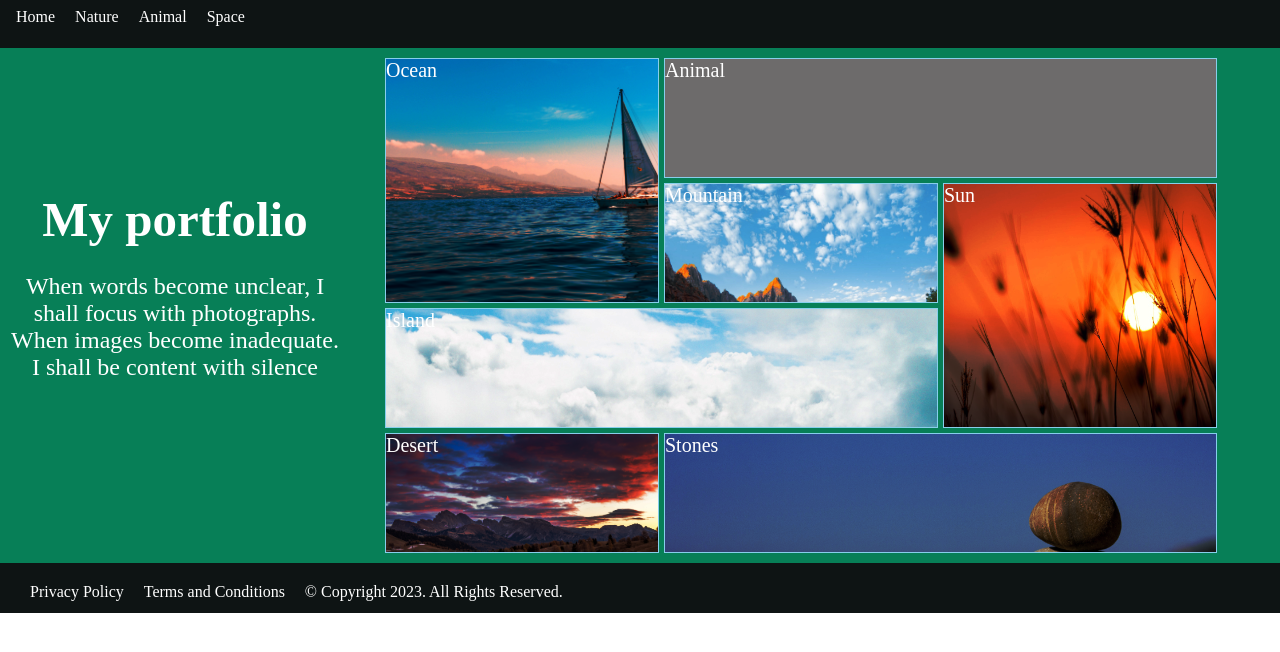
Repository: suraj-yadav7/03_Gallery_Portfolio
Page: index.html
These files come from the project's save history. The page is drawn as it stood at one moment and after the next save; the edit follows.
The browser window is 1280 px wide. The pictures show the whole page.
Pictures or frames that could not be fetched are drawn as grey boxes. Some web fonts or font styles are not loaded; a fallback is used.

Above is the page before, as saved 2023-02-14 21:45:55.

After the next save:
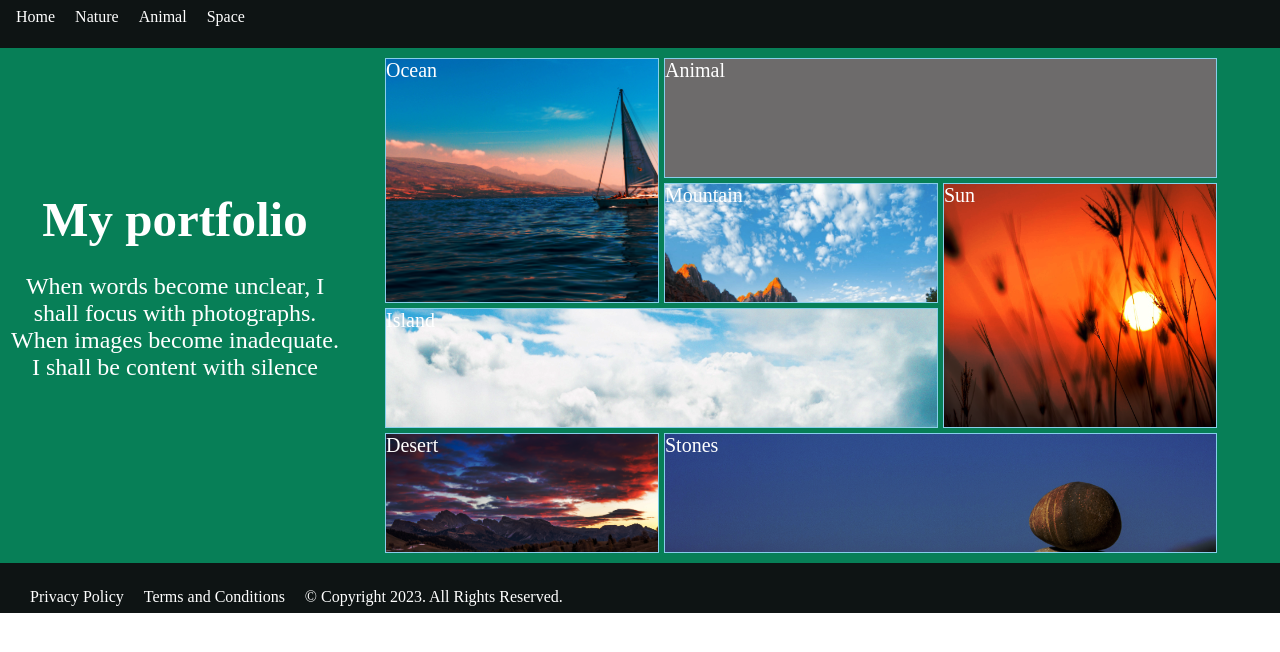
Saved 17 s later.
--- a/style.css
+++ b/style.css
@@ -153,8 +153,7 @@
     font-size: 1rem;
 }
 footer a{
-padding-bottom: 0 -90px;
-margin: 0 10px;
+margin: 5px 10px;
 }
 /* media queries for Mobile Responsiveness */
 

After the save that followed:
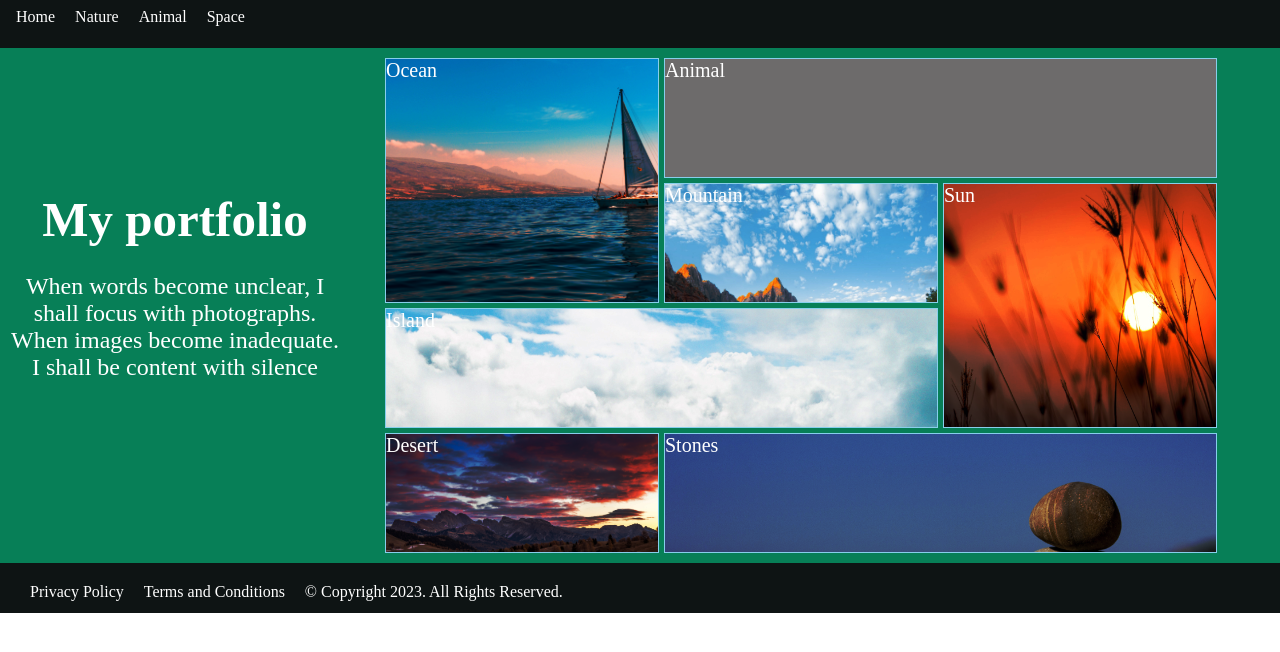
Saved 11 s later.
--- a/style.css
+++ b/style.css
@@ -153,7 +153,7 @@
     font-size: 1rem;
 }
 footer a{
-margin: 5px 10px;
+margin: 0px 10px;
 }
 /* media queries for Mobile Responsiveness */
 
